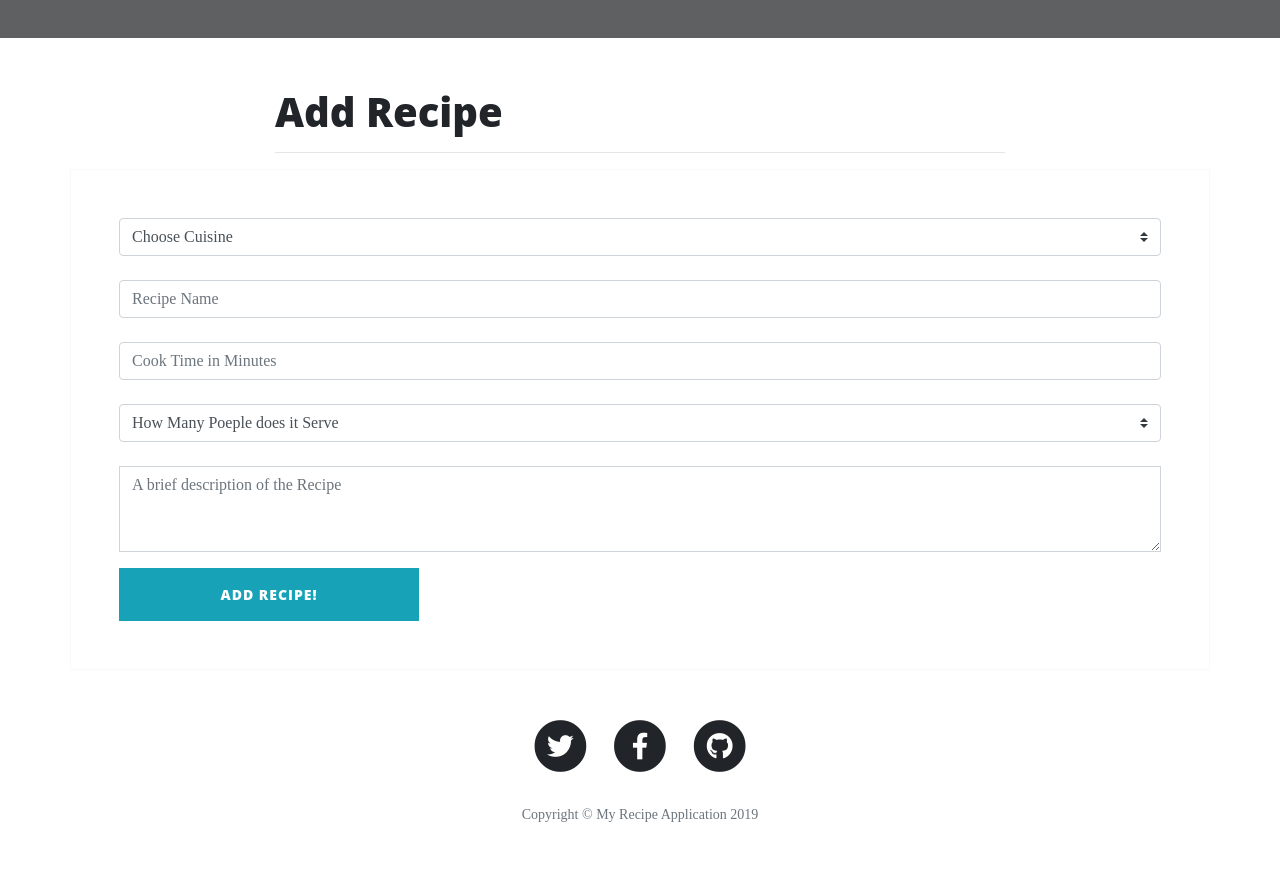
Repository: CapitainHolmes/cookbook-project
Page: http://localhost/add_recipe
The author's editor kept a record of every edit. The page is drawn from the files as they stood at one moment, then again after the next edit.
The browser window is 1280 px wide. The pictures show the part of the page from y = 590 to 1542 px (the page is 1480 px tall before and 1542 px after).
Pictures or frames that could not be fetched are drawn as grey boxes. Some web libraries are served in a nearby version. The page is served by the project's application, run on Flask 3 (app.py). Other server files are loaded and not shown. Queries for data that is not in the repository find no rows.

Above is the page before.

### templates/addrecipe.html
{% extends 'base.html' %} {% block content %}
<!--Heading-->
<div class="container">
  <div class="row">
    <div class="col-lg-8 col-md-10 mx-auto">
      <div class="site-heading">
        <h1>Add Recipe</h1>
        <hr>
      </div>
    </div>
  </div>
</div>

<!--Form-->
<form class="container text-center border border-light p-5" action="" method="POST">

  <!-- Cuisine -->
  <select class="browser-default custom-select mb-4" name="cuisine">
        <option value="" disabled selected>Choose Cuisine</option>
        {% for cuis in cuisines %}
        <option value="{{cuis.cuisines}}">{{cuis.cuisines}}</option>
        {% endfor %}
    </select>

  <!-- Name -->
  <input type="text" id="name" class="form-control mb-4" placeholder="Recipe Name">

  <!--Cook time-->
  <input type="text" id="cook_time" class="form-control mb-4" placeholder="Cook Time in Minutes">

  <!-- Serves -->
  <select class="browser-default custom-select mb-4" name="serves">
        <option value="" disabled selected>How Many Poeple does it Serve</option>
        <option value="1">1</option>
        <option value="2">2</option>
        <option value="3">3</option>
        <option value="4">4</option>
        <option value="5">5</option>
    </select>

  <!-- Description -->
  <div class="form-group">
    <textarea class="form-control rounded-0" id="description" rows="3" placeholder="A brief description of the Recipe"></textarea>
  </div>

  <!-- Send button -->
  <button class="btn btn-info btn-block" type="submit">Add Recipe!</button>

</form>

{% endblock %}

### templates/base.html
<!DOCTYPE html>
<html lang="en">

<head>
  <meta charset="UTF-8">
  <meta name="viewport" content="width=device-width, initial-scale=1.0">
  <meta http-equiv="X-UA-Compatible" content="ie=edge">
  <link href="{{ url_for('static', filename='vendor/bootstrap/css/bootstrap.min.css') }}" rel="stylesheet">
  <link rel="stylesheet" href="{{ url_for('static', filename='css/clean-blog.min.css') }}" type="text/css" />
  <link rel="stylesheet" href="{{ url_for('static', filename='css/style.css') }}" type="text/css" />
  <link rel="stylesheet" href="{{ url_for('static', filename='vendor/fontawesome-free/css/all.min.css') }}" type="text/css" />
  <title>Cookbook Project</title>
</head>

<body>

  <!-- Navigation -->
  <nav class="navbar navbar-expand-lg navbar-light fixed-top" id="mainNav">
    <div class="container">
      <a class="navbar-brand" href="index.html">The TJ Cookbook</a>
      <button class="navbar-toggler navbar-toggler-right" type="button" data-toggle="collapse" data-target="#navbarResponsive" aria-controls="navbarResponsive" aria-expanded="false" aria-label="Toggle navigation">
        Menu
        <i class="fas fa-bars"></i>
      </button>
      <div class="collapse navbar-collapse" id="navbarResponsive">
        <ul class="navbar-nav ml-auto">
          <li class="nav-item">
            <a class="nav-link" href="{{ url_for('index') }}">Home</a>
          </li>
          <li class="nav-item">
            <a class="nav-link" href="{{ url_for('recipes') }}">Recipes</a>
          </li>
          <li class="nav-item">
            <a class="nav-link" href="{{ url_for('add_recipe') }}">Add Recipe</a>
          </li>
        </ul>
      </div>
    </div>
  </nav>

  <!-- Page Header -->
  <header class="masthead" style="background-image: url('https://bozeman.cafecourier.com/editable/templates/default/images/header-pic.jpg')">
    <div class="overlay"></div>
    <div class="container">
      <div class="row">
        <div class="col-lg-8 col-md-10 mx-auto">
          <div class="site-heading">
            <h1>The TJ Online Cookbook</h1>
            <span class="subheading">A Cookbook for all your recipe needs</span>
          </div>
        </div>
      </div>
    </div>
  </header>

  {% block content %} {% endblock %}

  <!-- Footer -->
  <footer>
    <div class="container">
      <div class="row">
        <div class="col-lg-8 col-md-10 mx-auto">
          <ul class="list-inline text-center">
            <li class="list-inline-item">
              <a href="#">
                <span class="fa-stack fa-lg">
                  <i class="fas fa-circle fa-stack-2x"></i>
                  <i class="fab fa-twitter fa-stack-1x fa-inverse"></i>
                </span>
              </a>
            </li>
            <li class="list-inline-item">
              <a href="#">
                <span class="fa-stack fa-lg">
                  <i class="fas fa-circle fa-stack-2x"></i>
                  <i class="fab fa-facebook-f fa-stack-1x fa-inverse"></i>
                </span>
              </a>
            </li>
            <li class="list-inline-item">
              <a href="https://github.com/CapitainHolmes/cookbook-project">
                <span class="fa-stack fa-lg">
                  <i class="fas fa-circle fa-stack-2x"></i>
                  <i class="fab fa-github fa-stack-1x fa-inverse"></i>
                </span>
              </a>
            </li>
          </ul>
          <p class="copyright text-muted">Copyright &copy; My Recipe Application 2019</p>
        </div>
      </div>
    </div>
  </footer>

  <!-- Bootstrap core JavaScript -->
  <script src="{{ url_for('static', filename='vendor/jquery/jquery.min.js') }}"></script>
  <script src="{{ url_for('static', filename='vendor/bootstrap/js/bootstrap.bundle.min.js') }}"></script>

  <!-- Custom scripts for this template -->
  <script src="{{ url_for('static', filename='js/clean-blog.min.js') }}"></script>

  	 <script src="https://code.jquery.com/jquery-3.2.1.js"></script>
    	 <script type="text/javascript">
      	 	$(".input").focus(function() {
      	 		$(this).parent().addClass("focus");
      	 	})
    	 </script>

</body>

</html>

### app.py
import os
from flask import Flask, render_template, redirect, request, url_for
from flask_pymongo import PyMongo
from bson.objectid import ObjectId

app = Flask(__name__)

app.config["MONGO_DBNAME"] = 'cook_book'
app.config["MONGO_URI"] = os.getenv('MONGO_URI', 'mongodb://localhost')

mongo = PyMongo(app)

@app.route('/')
def index():
    return render_template("index.html")

@app.route('/recipes')
def recipes():
    return render_template("recipes.html", recipes=mongo.db.recipes.find())

@app.route('/add_recipe')
def add_recipe():
    return render_template("addrecipe.html", cuisines=mongo.db.cuisines.find())


if __name__ == '__main__':
    app.run(host=os.environ.get('IP'),
            port=int(os.environ.get('PORT')),
            debug=True)

### static/css/style.css
/*------------Add Recipe Page------------*/

/*Add Recipe Button*/
form button {
    max-width: 300px;
}

#my_centered_buttons {
    display: flex;
    justify-content: center;
}

Loaded but not shown: static/css/clean-blog.min.css (library); static/js/clean-blog.min.js (common file)

After the next edit:
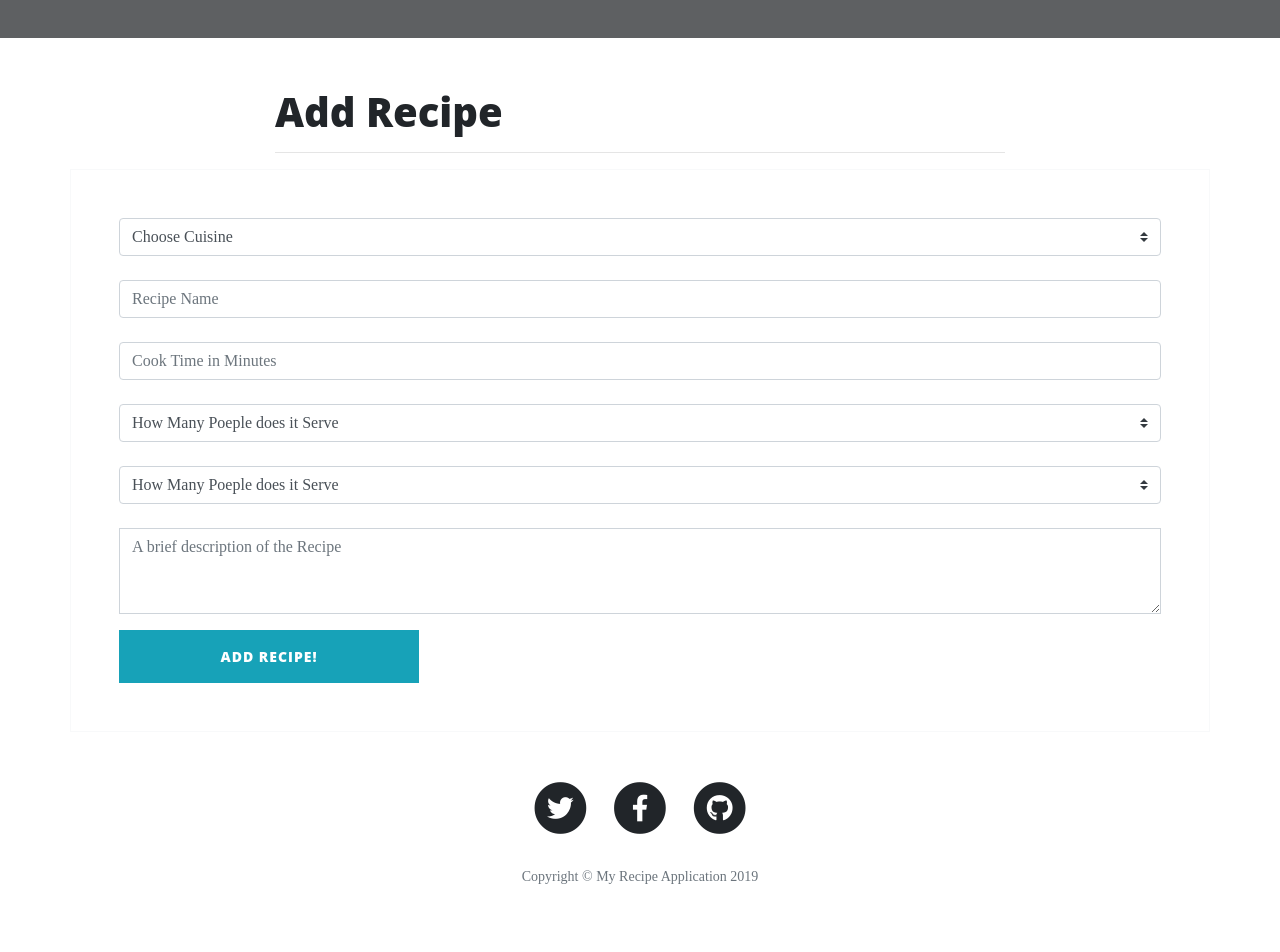
The edit:
--- a/templates/addrecipe.html
+++ b/templates/addrecipe.html
@@ -38,6 +38,14 @@
         <option value="5">5</option>
     </select>
 
+      <!-- Serves -->
+  <select class="browser-default custom-select mb-4" name="serves">
+        <option value="" disabled selected>How Many Poeple does it Serve</option>
+        <option value="Easy">Easy</option>
+        <option value="Medium">Medium</option>
+        <option value="Hard">Hard</option>
+    </select>
+
   <!-- Description -->
   <div class="form-group">
     <textarea class="form-control rounded-0" id="description" rows="3" placeholder="A brief description of the Recipe"></textarea>
